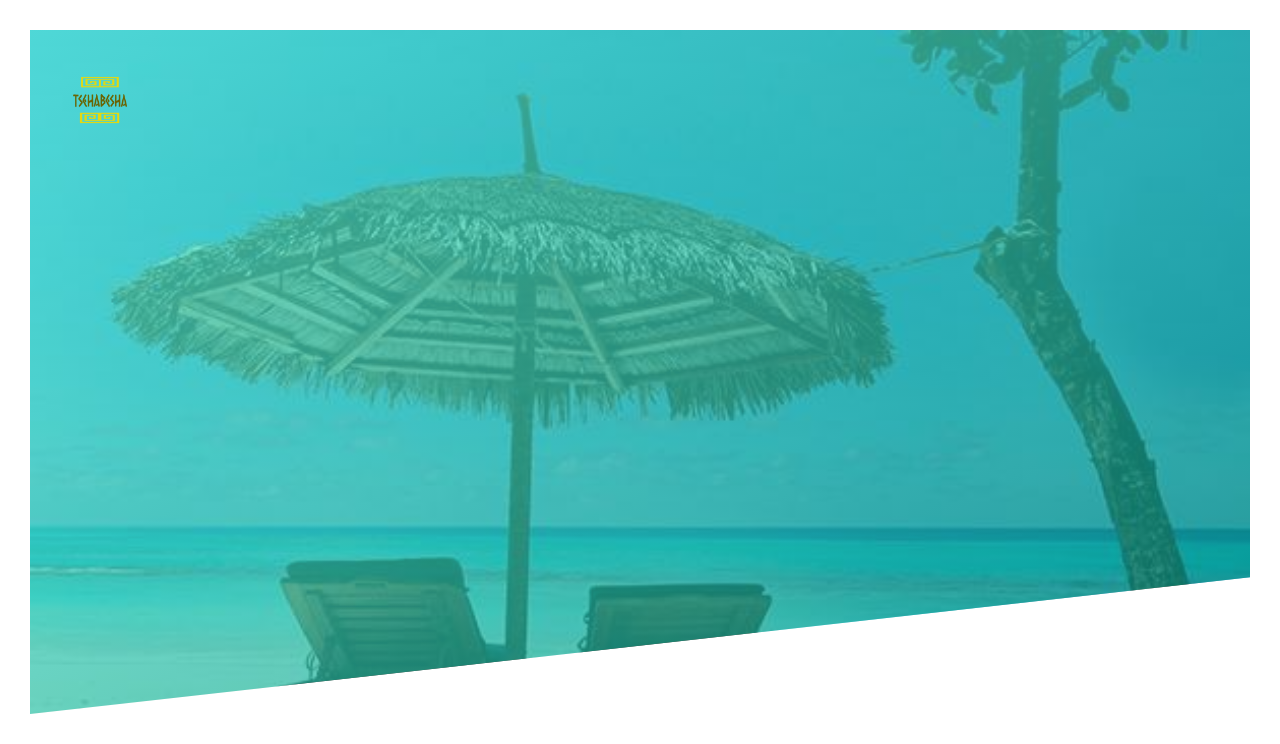
Repository: Azariagmt/tour-and-travel
Page: index.html
The author's editor kept a copy of each file at every save. The page is drawn from the files as they stood at one save, then again after a run of saves.
The browser window is 1280 px wide. The pictures show the whole page.

Above is the page before, as saved 2020-03-24 16:50:58.

### index.html
<!DOCTYPE html>
<!--[if lt IE 7]>      <html class="no-js lt-ie9 lt-ie8 lt-ie7"> <![endif]-->
<!--[if IE 7]>         <html class="no-js lt-ie9 lt-ie8"> <![endif]-->
<!--[if IE 8]>         <html class="no-js lt-ie9"> <![endif]-->
<!--[if gt IE 8]><!--> <html class="no-js"> <!--<![endif]-->
    <head>
        <meta charset="utf-8">
        <meta http-equiv="X-UA-Compatible" content="IE=edge">
        <title></title>
        <meta name="description" content="">
        <meta name="viewport" content="width=device-width, initial-scale=1">
        <link href="https://fonts.googleapis.com/css?family=Lato&display=swap" rel="stylesheet">
        <link rel="stylesheet" href="css/style.css">
    </head>
    <body>
        <!--[if lt IE 7]>
            <p class="browsehappy">You are using an <strong>outdated</strong> browser. Please <a href="#">upgrade your browser</a> to improve your experience.</p>
        <![endif]-->
        <header class="header">
            <div class="logo-box">
                <img src="img/tsehabesha-logo.png" alt="Logo" class="logo">
            </div>
            <h1 class="heading-primary"></h1>
        </header>
        <script src="" async defer></script>
    </body>
</html>

### css/style.css
* {
  margin: 0;
  padding: 0;
  box-sizing: border-box;
}

body {
  font-family: "Lato", sans-serif;
  font-weight: 400;
  font-size: 16px;
  line-height: 1.7;
  color: #777777;
  padding: 30px;
}

.header {
  height: 95vh;
  background-image: linear-gradient(to right bottom, #64ffdbb9, #00897bb9),
    url(../img/2.jpg);
  background-size: cover;
  background-position: top;
  clip-path: polygon(0 0, 100% 0, 100% 80%, 0% 100%);
  position: relative;
}

.logo-box {
  position: absolute;
  top: 40px;
  left: 40px;
}

.logo {
  height:60px;
}

After the next 2 saves:
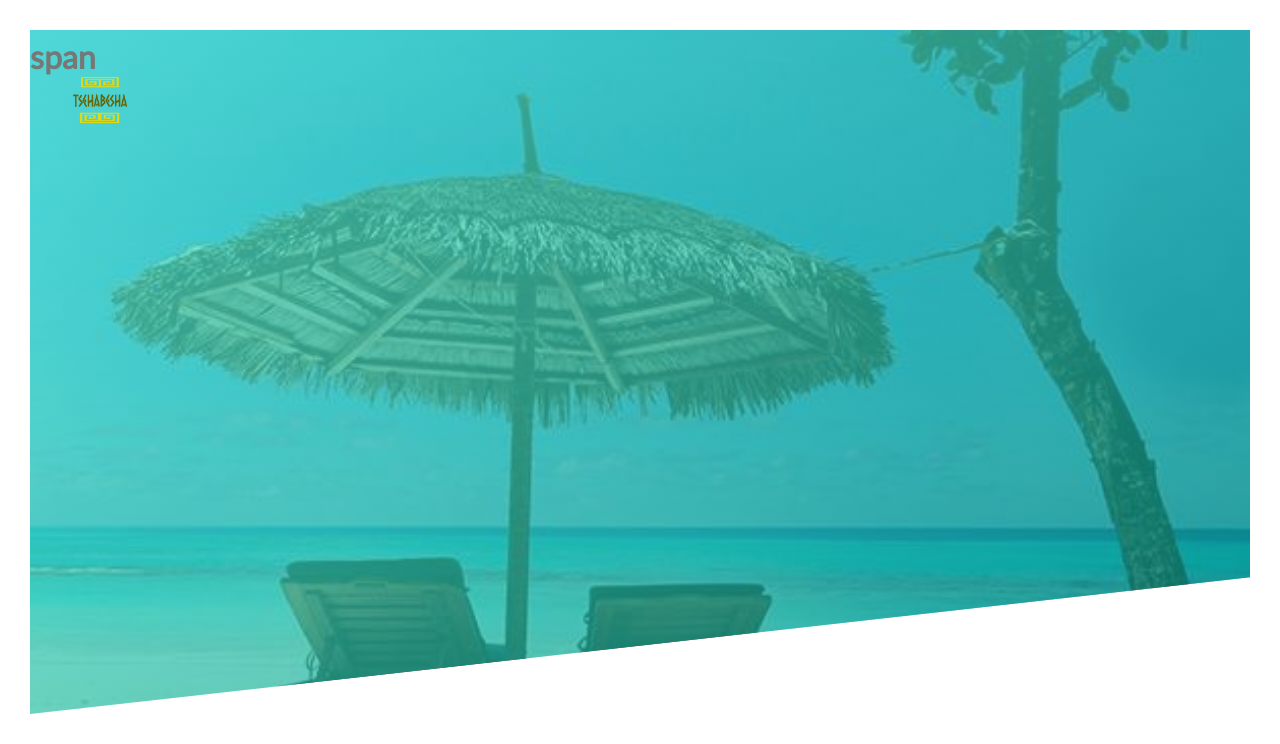
The 2 saves are shown as one change because they came seconds apart.
The last was saved 64 s later.
--- a/index.html
+++ b/index.html
@@ -20,7 +20,9 @@
             <div class="logo-box">
                 <img src="img/tsehabesha-logo.png" alt="Logo" class="logo">
             </div>
-            <h1 class="heading-primary"></h1>
+            <h1 class="heading-primary">
+                <span></span>span
+            </h1>
         </header>
         <script src="" async defer></script>
     </body>

After the save that followed:
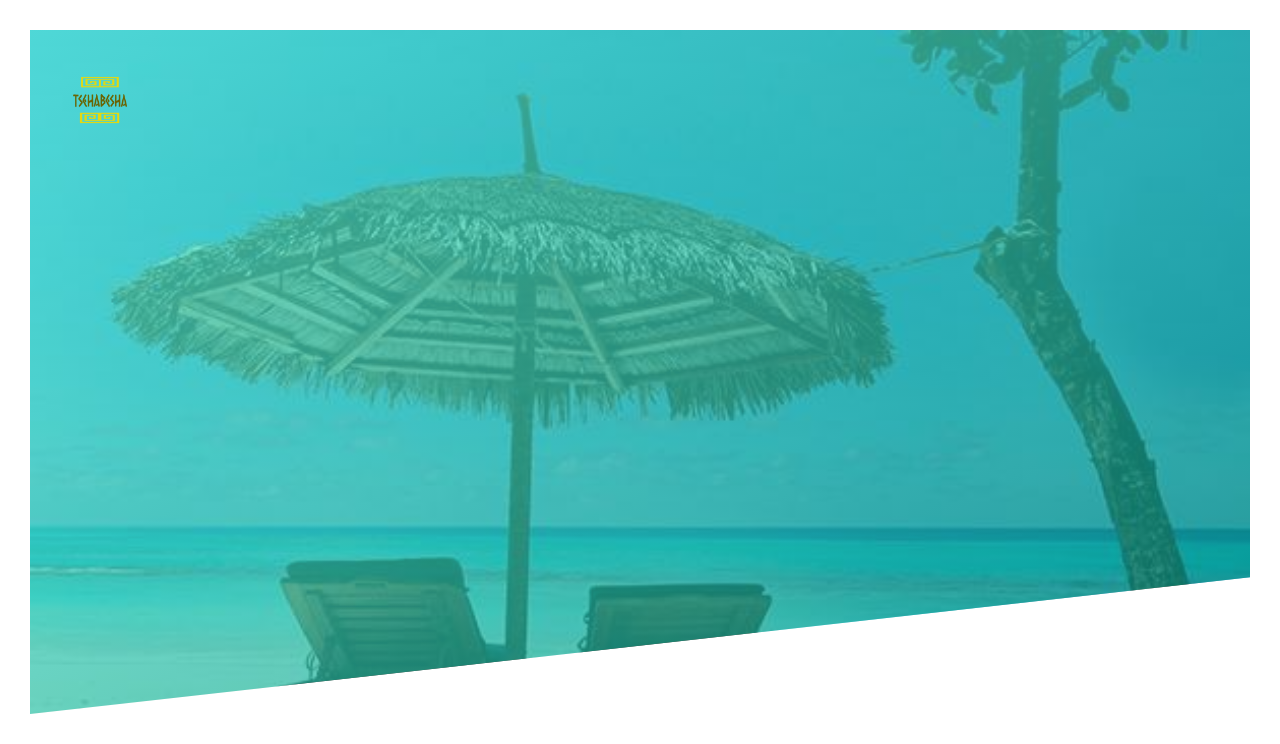
Saved 7 s later.
--- a/index.html
+++ b/index.html
@@ -21,7 +21,7 @@
                 <img src="img/tsehabesha-logo.png" alt="Logo" class="logo">
             </div>
             <h1 class="heading-primary">
-                <span></span>span
+                <span></span><span></span>
             </h1>
         </header>
         <script src="" async defer></script>
